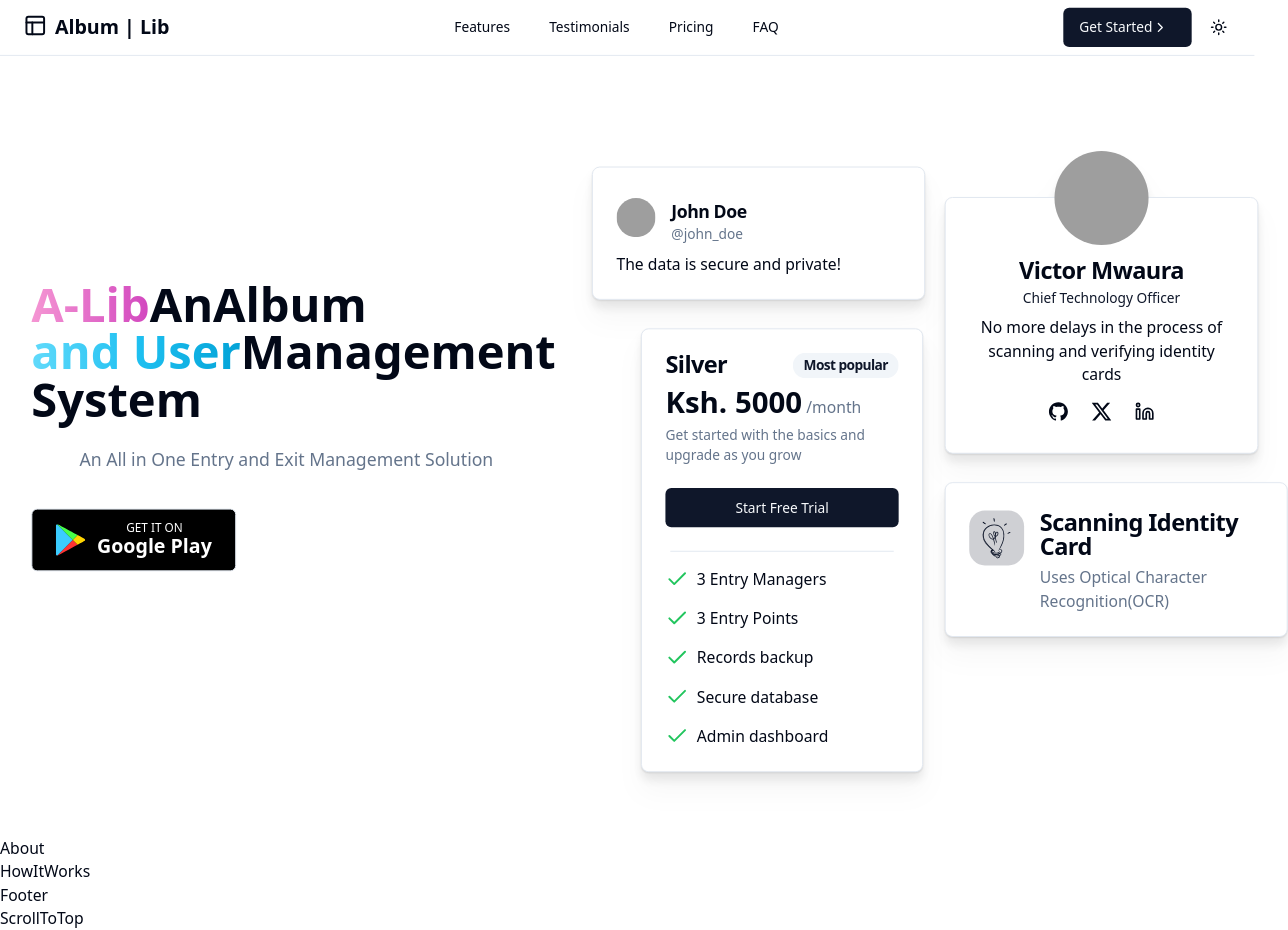
Repository: DevLaukey/savannah-informatics-test
Page: /
These files come from the project's save history. The page is drawn as it stood at one moment and after the next save; the edit follows.
The browser window is 1280 px wide. The page is 1314 px wide, so the pictures cover 1314 px, including what lies to the right of the window. The pictures show the whole page, at 98% of full size.
Pictures or frames that could not be fetched are drawn as grey boxes. The project was rebuilt for these pictures with package versions that can differ from the ones it lists, and the page was loaded fresh each time. The framework's server and built-in components were replaced by stand-ins that run in the browser. Also part of the build but not shown: next.config.mjs.

Above is the page before, as saved 2024-06-04 21:54:58.

### app/layout.jsx
import "./globals.css";
import { Inter as FontSans } from "next/font/google";

import { cn } from "@/lib/utils";
import { ThemeProvider } from "@/lib/theme-provider";

const fontSans = FontSans({
  subsets: ["latin"],
  variable: "--font-sans",
});

export default function RootLayout({ children }) {
  return (
    <html lang="en" suppressHydrationWarning>
      <head />
      <body
        className={cn(
          "min-h-screen bg-background font-sans antialiased",
          fontSans.variable
        )}
      >
        <ThemeProvider
          attribute="class"
          defaultTheme="system"
          enableSystem
          disableTransitionOnChange
        >
          {children}
        </ThemeProvider>
      </body>
    </html>
  );
}

### app/page.jsx
import Footer from "@/components/Footer";
import About from "@/components/landing-page/About";
import Hero from "@/components/landing-page/Hero";
import HowItWorks from "@/components/landing-page/HowItWorks";
import Navbar from "@/components/Navbar";
import ScrollToTop from "@/components/ScrollToTop";


// this is the landing page
export default function Home() {
  return (
    <>
      <Navbar />
      <Hero />
      <About />
      <HowItWorks />
      <Footer />
      <ScrollToTop />
    </>
  );
}

### components/landing-page/Hero.jsx
import { HeroCards } from "./HeroCards";
import { buttonVariants } from "@/components/ui/button";

const Hero = () => {
  return (
    <section className="container grid grid-cols-1 md:grid-cols-2 place-items-center py-20 md:py-32 gap-10">
      <div className="text-center md:text-left space-y-6">
        <main className="text-3xl md:text-5xl font-bold">
          <h1 className="inline-block">
            <span className="inline bg-gradient-to-r from-[#F596D3] to-[#D247BF] text-transparent bg-clip-text">
              A-Lib
            </span>
            An
          </h1>
          Album
          <h2 className="inline-block">
            <span className="inline bg-gradient-to-r from-[#61DAFB] via-[#1fc0f1] to-[#03a3d7] text-transparent bg-clip-text">
              and User
            </span>
            Management System
          </h2>
        </main>

        <p className="text-lg text-muted-foreground md:w-10/12 mx-auto">
          An All in One Entry and Exit Management Solution
        </p>

        <div className="space-y-4 md:space-y-0 md:space-x-4">
          <button
            type="button"
            className={`flex items-center justify-center w-full md:w-auto mt-3 text-white bg-black rounded-lg h-14 md:h-16 px-6 ${buttonVariants(
              {
                variant: "outline",
              }
            )}`}
          >
            <div className="mr-3">
              <svg viewBox="30 336.7 120.9 129.2" width="30">
                <path
                  fill="#FFD400"
                  d="M119.2,421.2c15.3-8.4,27-14.8,28-15.3c3.2-1.7,6.5-6.2,0-9.7  c-2.1-1.1-13.4-7.3-28-15.3l-20.1,20.2L119.2,421.2z"
                ></path>
                <path
                  fill="#FF3333"
                  d="M99.1,401.1l-64.2,64.7c1.5,0.2,3.2-0.2,5.2-1.3  c4.2-2.3,48.8-26.7,79.1-43.3L99.1,401.1L99.1,401.1z"
                ></path>
                <path
                  fill="#48FF48"
                  d="M99.1,401.1l20.1-20.2c0,0-74.6-40.7-79.1-43.1  c-1.7-1-3.6-1.3-5.3-1L99.1,401.1z"
                ></path>
                <path
                  fill="#3BCCFF"
                  d="M99.1,401.1l-64.3-64.3c-2.6,0.6-4.8,2.9-4.8,7.6  c0,7.5,0,107.5,0,113.8c0,4.3,1.7,7.4,4.9,7.7L99.1,401.1z"
                ></path>
              </svg>
            </div>
            <div>
              <div className="text-xs">GET IT ON</div>
              <div className="-mt-1 font-sans text-base md:text-xl font-semibold">
                Google Play
              </div>
            </div>
          </button>
        </div>
      </div>

      {/* Hero cards sections */}
      <div className="z-10">
        <HeroCards />
      </div>

      {/* Shadow effect */}
      <div className="shadow"></div>
    </section>
  );
};

export default Hero;

### components/landing-page/HowItWorks.jsx
import React from 'react'

function HowItWorks() {
  return (
    <div>HowItWorks</div>
  )
}

export default HowItWorks

### components/Navbar.jsx
"use client";
import React, { useState } from "react";
import {
  NavigationMenu,
  NavigationMenuItem,
  NavigationMenuList,
} from "@/components/ui/navigation-menu";
import {
  Sheet,
  SheetContent,
  SheetHeader,
  SheetTitle,
  SheetTrigger,
} from "@/components/ui/sheet";
import { Button, buttonVariants } from "./ui/button";
import { ChevronRight, Menu } from "lucide-react";
import ModeToggle from "./mode-toggle";
import { LogoIcon } from "./Icons";

const routeList = [
  {
    href: "#features",
    label: "Features",
  },
  {
    href: "#testimonials",
    label: "Testimonials",
  },
  {
    href: "#pricing",
    label: "Pricing",
  },
  {
    href: "#faq",
    label: "FAQ",
  },
];

const Navbar = () => {
  const [isOpen, setIsOpen] = useState(false);
  return (
    <header className="sticky border-b-[1px] top-0 z-40 w-full bg-white dark:border-b-slate-700 dark:bg-background">
      <NavigationMenu className="mx-auto">
        <NavigationMenuList className="container h-14 px-4 w-screen flex justify-between">
          <NavigationMenuItem className="font-bold flex">
            <a
              rel="noreferrer noopener"
              href="/"
              className="ml-2 font-bold text-xl flex"
            >
              <LogoIcon />
              Album | Lib
            </a>
          </NavigationMenuItem>

          {/* mobile */}
          <span className="flex md:hidden">
            <ModeToggle />

            <Sheet open={isOpen} onOpenChange={setIsOpen}>
              <SheetTrigger className="px-2">
                <Menu
                  className="flex md:hidden h-5 w-5"
                  onClick={() => setIsOpen(true)}
                >
                  <span className="sr-only">Menu Icon</span>
                </Menu>
              </SheetTrigger>

              <SheetContent side={"left"}>
                <SheetHeader>
                  <SheetTitle className="font-bold text-xl">
                    Shadcn/React
                  </SheetTitle>
                </SheetHeader>
                <nav className="flex flex-col justify-center items-center gap-2 mt-4">
                  {routeList.map(({ href, label }) => (
                    <a
                      rel="noreferrer noopener"
                      key={label}
                      href={href}
                      onClick={() => setIsOpen(false)}
                      className={buttonVariants({ variant: "ghost" })}
                    >
                      {label}
                    </a>
                  ))}
                  <Button>
                    Get Started
                    <ChevronRight className="mr-2 h-4 w-4" />
                  </Button>
                </nav>
              </SheetContent>
            </Sheet>
          </span>

          {/* desktop */}
          <nav className="hidden md:flex gap-2">
            {routeList.map((route, i) => (
              <a
                rel="noreferrer noopener"
                href={route.href}
                key={i}
                className={`text-[17px] ${buttonVariants({
                  variant: "ghost",
                })}`}
              >
                {route.label}
              </a>
            ))}
          </nav>

          <div className="hidden md:flex gap-2">
            <Button>
              Get Started
              <ChevronRight className="mr-2 h-4 w-4" />
            </Button>
            <ModeToggle />
          </div>
        </NavigationMenuList>
      </NavigationMenu>
    </header>
  );
};
export default Navbar;

### components/ScrollToTop.jsx
import React from 'react'

function ScrollToTop() {
  return (
    <div>ScrollToTop</div>
  )
}

export default ScrollToTop

### components/ui/button.jsx
import * as React from "react"
import { Slot } from "@radix-ui/react-slot"
import { cva } from "class-variance-authority";

import { cn } from "@/lib/utils"

const buttonVariants = cva(
  "inline-flex items-center justify-center whitespace-nowrap rounded-md text-sm font-medium ring-offset-background transition-colors focus-visible:outline-none focus-visible:ring-2 focus-visible:ring-ring focus-visible:ring-offset-2 disabled:pointer-events-none disabled:opacity-50",
  {
    variants: {
      variant: {
        default: "bg-primary text-primary-foreground hover:bg-primary/90",
        destructive:
          "bg-destructive text-destructive-foreground hover:bg-destructive/90",
        outline:
          "border border-input bg-background hover:bg-accent hover:text-accent-foreground",
        secondary:
          "bg-secondary text-secondary-foreground hover:bg-secondary/80",
        ghost: "hover:bg-accent hover:text-accent-foreground",
        link: "text-primary underline-offset-4 hover:underline",
      },
      size: {
        default: "h-10 px-4 py-2",
        sm: "h-9 rounded-md px-3",
        lg: "h-11 rounded-md px-8",
        icon: "h-10 w-10",
      },
    },
    defaultVariants: {
      variant: "default",
      size: "default",
    },
  }
)

const Button = React.forwardRef(({ className, variant, size, asChild = false, ...props }, ref) => {
  const Comp = asChild ? Slot : "button"
  return (
    (<Comp
      className={cn(buttonVariants({ variant, size, className }))}
      ref={ref}
      {...props} />)
  );
})
Button.displayName = "Button"

export { Button, buttonVariants }

### components/ui/sheet.jsx
"use client";
import * as React from "react"
import * as SheetPrimitive from "@radix-ui/react-dialog"
import { cva } from "class-variance-authority";
import { X } from "lucide-react"

import { cn } from "@/lib/utils"

const Sheet = SheetPrimitive.Root

const SheetTrigger = SheetPrimitive.Trigger

const SheetClose = SheetPrimitive.Close

const SheetPortal = SheetPrimitive.Portal

const SheetOverlay = React.forwardRef(({ className, ...props }, ref) => (
  <SheetPrimitive.Overlay
    className={cn(
      "fixed inset-0 z-50 bg-black/80  data-[state=open]:animate-in data-[state=closed]:animate-out data-[state=closed]:fade-out-0 data-[state=open]:fade-in-0",
      className
    )}
    {...props}
    ref={ref} />
))
SheetOverlay.displayName = SheetPrimitive.Overlay.displayName

const sheetVariants = cva(
  "fixed z-50 gap-4 bg-background p-6 shadow-lg transition ease-in-out data-[state=open]:animate-in data-[state=closed]:animate-out data-[state=closed]:duration-300 data-[state=open]:duration-500",
  {
    variants: {
      side: {
        top: "inset-x-0 top-0 border-b data-[state=closed]:slide-out-to-top data-[state=open]:slide-in-from-top",
        bottom:
          "inset-x-0 bottom-0 border-t data-[state=closed]:slide-out-to-bottom data-[state=open]:slide-in-from-bottom",
        left: "inset-y-0 left-0 h-full w-3/4 border-r data-[state=closed]:slide-out-to-left data-[state=open]:slide-in-from-left sm:max-w-sm",
        right:
          "inset-y-0 right-0 h-full w-3/4  border-l data-[state=closed]:slide-out-to-right data-[state=open]:slide-in-from-right sm:max-w-sm",
      },
    },
    defaultVariants: {
      side: "right",
    },
  }
)

const SheetContent = React.forwardRef(({ side = "right", className, children, ...props }, ref) => (
  <SheetPortal>
    <SheetOverlay />
    <SheetPrimitive.Content ref={ref} className={cn(sheetVariants({ side }), className)} {...props}>
      {children}
      <SheetPrimitive.Close
        className="absolute right-4 top-4 rounded-sm opacity-70 ring-offset-background transition-opacity hover:opacity-100 focus:outline-none focus:ring-2 focus:ring-ring focus:ring-offset-2 disabled:pointer-events-none data-[state=open]:bg-secondary">
        <X className="h-4 w-4" />
        <span className="sr-only">Close</span>
      </SheetPrimitive.Close>
    </SheetPrimitive.Content>
  </SheetPortal>
))
SheetContent.displayName = SheetPrimitive.Content.displayName

const SheetHeader = ({
  className,
  ...props
}) => (
  <div
    className={cn("flex flex-col space-y-2 text-center sm:text-left", className)}
    {...props} />
)
SheetHeader.displayName = "SheetHeader"

const SheetFooter = ({
  className,
  ...props
}) => (
  <div
    className={cn("flex flex-col-reverse sm:flex-row sm:justify-end sm:space-x-2", className)}
    {...props} />
)
SheetFooter.displayName = "SheetFooter"

const SheetTitle = React.forwardRef(({ className, ...props }, ref) => (
  <SheetPrimitive.Title
    ref={ref}
    className={cn("text-lg font-semibold text-foreground", className)}
    {...props} />
))
SheetTitle.displayName = SheetPrimitive.Title.displayName

const SheetDescription = React.forwardRef(({ className, ...props }, ref) => (
  <SheetPrimitive.Description
    ref={ref}
    className={cn("text-sm text-muted-foreground", className)}
    {...props} />
))
SheetDescription.displayName = SheetPrimitive.Description.displayName

export {
  Sheet,
  SheetPortal,
  SheetOverlay,
  SheetTrigger,
  SheetClose,
  SheetContent,
  SheetHeader,
  SheetFooter,
  SheetTitle,
  SheetDescription,
}

### components/mode-toggle.jsx
import React from "react";
import { Button } from "@/components/ui/button";
import {
  DropdownMenu,
  DropdownMenuContent,
  DropdownMenuItem,
  DropdownMenuTrigger,
} from "@/components/ui/dropdown-menu";
import { useTheme } from "@/lib/theme-provider";
import { Moon, Sun } from "lucide-react";

export default function ModeToggle() {
  const { setTheme } = useTheme();

  return (
    <DropdownMenu>
      <DropdownMenuTrigger asChild>
        <Button variant="ghost" size="icon" className="ghost">
          <Sun className="h-[1.1rem] w-[1.2rem] rotate-0 scale-100 transition-all dark:-rotate-90 dark:scale-0" />
          <Moon className="absolute h-[1.1rem] w-[1.2rem] rotate-90 scale-0 transition-all dark:rotate-0 dark:scale-100" />
          <span className="sr-only">Toggle theme</span>
        </Button>
      </DropdownMenuTrigger>
      <DropdownMenuContent align="end">
        <DropdownMenuItem onClick={() => setTheme("light")}>
          Light
        </DropdownMenuItem>
        <DropdownMenuItem onClick={() => setTheme("dark")}>
          Dark
        </DropdownMenuItem>
        <DropdownMenuItem onClick={() => setTheme("system")}>
          System
        </DropdownMenuItem>
      </DropdownMenuContent>
    </DropdownMenu>
  );
}

### components/Icons.jsx
export const LogoIcon = () => {
  return (
    <svg
      xmlns="http://www.w3.org/2000/svg"
      viewBox="0 0 24 24"
      fill="none"
      stroke="currentColor"
      strokeWidth="2"
      strokeLinecap="round"
      strokeLinejoin="round"
      className="lucide lucide-panels-top-left mr-2 w-6 h-6"
    >
      <rect width="18" height="18" x="3" y="3" rx="2" />
      <path d="M3 9h18" />
      <path d="M9 21V9" />
    </svg>
  );
};

### components/ui/avatar.jsx
"use client"

import * as React from "react"
import * as AvatarPrimitive from "@radix-ui/react-avatar"

import { cn } from "@/lib/utils"

const Avatar = React.forwardRef(({ className, ...props }, ref) => (
  <AvatarPrimitive.Root
    ref={ref}
    className={cn("relative flex h-10 w-10 shrink-0 overflow-hidden rounded-full", className)}
    {...props} />
))
Avatar.displayName = AvatarPrimitive.Root.displayName

const AvatarImage = React.forwardRef(({ className, ...props }, ref) => (
  <AvatarPrimitive.Image
    ref={ref}
    className={cn("aspect-square h-full w-full", className)}
    {...props} />
))
AvatarImage.displayName = AvatarPrimitive.Image.displayName

const AvatarFallback = React.forwardRef(({ className, ...props }, ref) => (
  <AvatarPrimitive.Fallback
    ref={ref}
    className={cn(
      "flex h-full w-full items-center justify-center rounded-full bg-muted",
      className
    )}
    {...props} />
))
AvatarFallback.displayName = AvatarPrimitive.Fallback.displayName

export { Avatar, AvatarImage, AvatarFallback }

### components/ui/badge.jsx
import * as React from "react"
import { cva } from "class-variance-authority";

import { cn } from "@/lib/utils"

const badgeVariants = cva(
  "inline-flex items-center rounded-full border px-2.5 py-0.5 text-xs font-semibold transition-colors focus:outline-none focus:ring-2 focus:ring-ring focus:ring-offset-2",
  {
    variants: {
      variant: {
        default:
          "border-transparent bg-primary text-primary-foreground hover:bg-primary/80",
        secondary:
          "border-transparent bg-secondary text-secondary-foreground hover:bg-secondary/80",
        destructive:
          "border-transparent bg-destructive text-destructive-foreground hover:bg-destructive/80",
        outline: "text-foreground",
      },
    },
    defaultVariants: {
      variant: "default",
    },
  }
)

function Badge({
  className,
  variant,
  ...props
}) {
  return (<div className={cn(badgeVariants({ variant }), className)} {...props} />);
}

export { Badge, badgeVariants }

### components/ui/card.jsx
import * as React from "react"

import { cn } from "@/lib/utils"

const Card = React.forwardRef(({ className, ...props }, ref) => (
  <div
    ref={ref}
    className={cn("rounded-lg border bg-card text-card-foreground shadow-sm", className)}
    {...props} />
))
Card.displayName = "Card"

const CardHeader = React.forwardRef(({ className, ...props }, ref) => (
  <div
    ref={ref}
    className={cn("flex flex-col space-y-1.5 p-6", className)}
    {...props} />
))
CardHeader.displayName = "CardHeader"

const CardTitle = React.forwardRef(({ className, ...props }, ref) => (
  <h3
    ref={ref}
    className={cn("text-2xl font-semibold leading-none tracking-tight", className)}
    {...props} />
))
CardTitle.displayName = "CardTitle"

const CardDescription = React.forwardRef(({ className, ...props }, ref) => (
  <p
    ref={ref}
    className={cn("text-sm text-muted-foreground", className)}
    {...props} />
))
CardDescription.displayName = "CardDescription"

const CardContent = React.forwardRef(({ className, ...props }, ref) => (
  <div ref={ref} className={cn("p-6 pt-0", className)} {...props} />
))
CardContent.displayName = "CardContent"

const CardFooter = React.forwardRef(({ className, ...props }, ref) => (
  <div
    ref={ref}
    className={cn("flex items-center p-6 pt-0", className)}
    {...props} />
))
CardFooter.displayName = "CardFooter"

export { Card, CardHeader, CardFooter, CardTitle, CardDescription, CardContent }

Loaded but not shown: app/globals.css (common file); lib/utils.js (common file); components/Footer.jsx (common file); components/landing-page/About.jsx (common file); tailwind.config.js (82 lines, source omitted); lib/theme-provider.js (60 lines, source omitted); components/landing-page/LightBulbIcon.jsx (73 lines, source omitted); components/ui/dropdown-menu.jsx (157 lines, source omitted); components/landing-page/HeroCards.jsx (164 lines, source omitted); components/ui/navigation-menu.jsx (104 lines, source omitted)

After the next save:
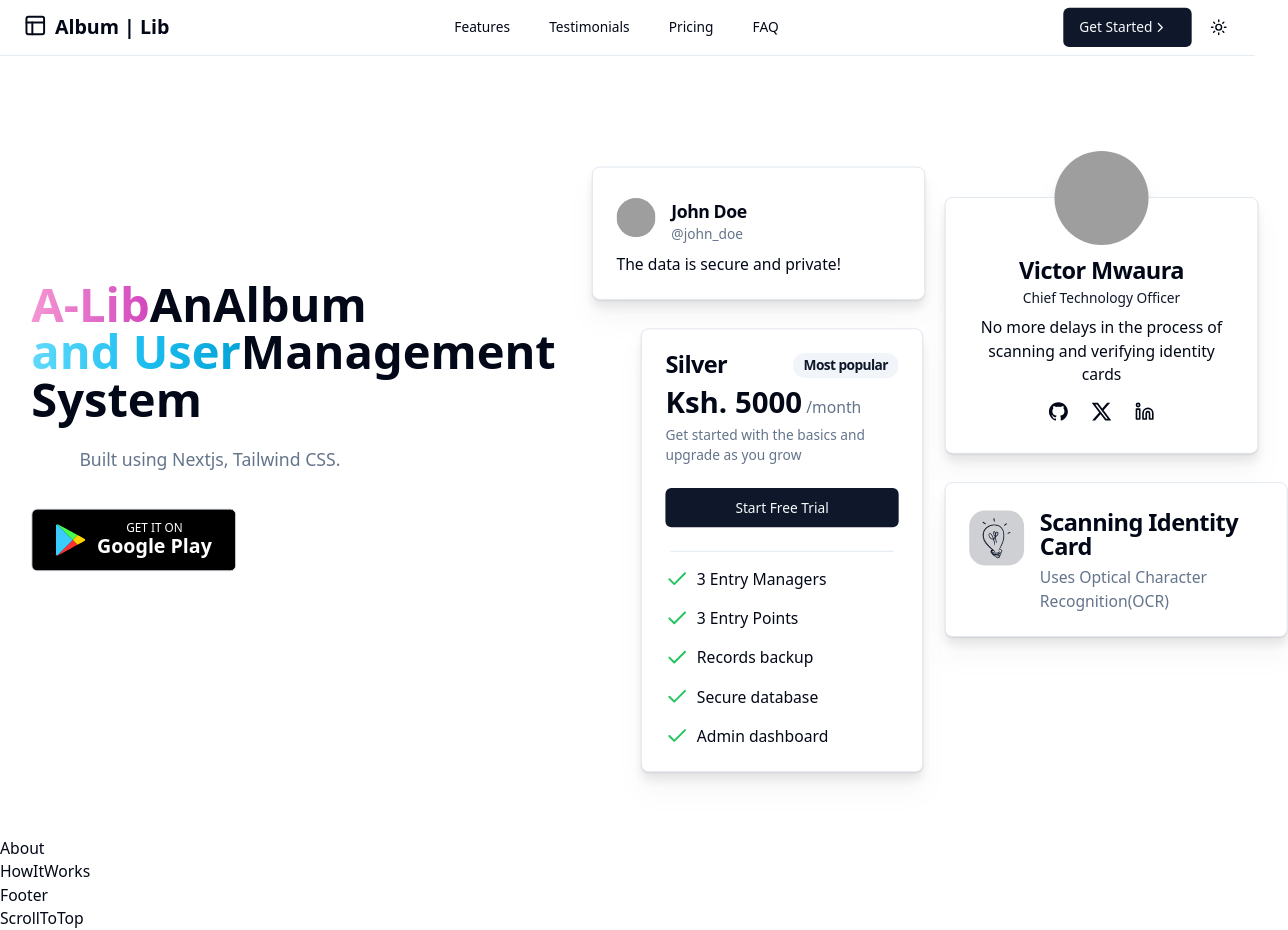
Saved 42 s later.
--- a/components/landing-page/Hero.jsx
+++ b/components/landing-page/Hero.jsx
@@ -22,7 +22,7 @@ const Hero = () => {
         </main>
 
         <p className="text-lg text-muted-foreground md:w-10/12 mx-auto">
-          An All in One Entry and Exit Management Solution
+          Built using Nextjs, Tailwind CSS.
         </p>
 
         <div className="space-y-4 md:space-y-0 md:space-x-4">
